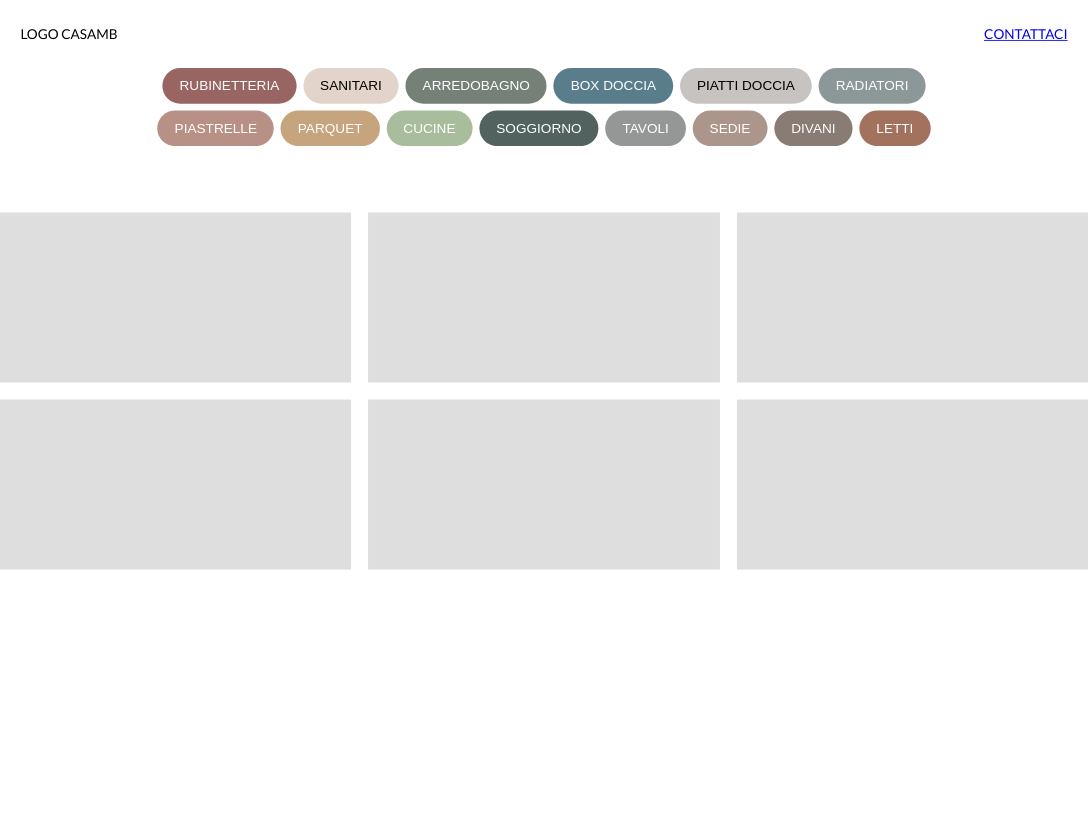
Repository: nicolorz/casamb
Page: /
These files come from the project's save history. The page is drawn as it stood at one moment and after the next save; the edit follows.
The browser window is 1280 px wide. The pictures show the whole page, at 85% of full size.
The project was rebuilt for these pictures with package versions that can differ from the ones it lists, and the page was loaded fresh each time. Also part of the build but not shown: src/index.css, src/App.css.

Above is the page before, as saved 2023-07-19 14:24:06.

### src/index.js
import React from 'react';
import ReactDOM from 'react-dom/client';
import './index.css';
import './assets/css/reset.css'
import './assets/css/style.css'
import App from './App';
import reportWebVitals from './reportWebVitals';

const root = ReactDOM.createRoot(document.getElementById('root'));
root.render(
  <React.StrictMode>
    <App />
  </React.StrictMode>
);

// If you want to start measuring performance in your app, pass a function
// to log results (for example: reportWebVitals(console.log))
// or send to an analytics endpoint. Learn more: https://bit.ly/CRA-vitals
reportWebVitals();

### src/assets/css/style.css
@import url('https://fonts.googleapis.com/css2?family=Lato:ital,wght@0,300;0,400;0,700;1,300;1,400;1,700&display=swap');

html, body {
  margin: 0;
  padding: 0;
  font-size: 16px;
  font-family: 'Lato', sans-serif;
}

.main-wrapper {
  width: 100vw;
  height: 100vh;
  background-color: #fff;
/*   display: flex;
  flex-flow: row nowrap; */
}

/* .sidebar {
  flex: 1;
  background-color: #f6f6f6;
  display: flex;
  flex-flow: column nowrap;
}

.card-wrapper {
  flex: 4;
  padding: 1rem;
  box-sizing: border-box;
  background-color: #EFF8FF;
  border: 1px solid #62A1FF;
  display: flex;
  flex-flow: row nowrap;
  align-items: flex-start;
  gap: 1rem;
}

.footer, .area-buttons {
  width: 100%;
  padding: 1rem;
  box-sizing: border-box;
  background-color: #EFF8FF;
  border: 1px solid #62A1FF;
}

.foooter {
  flex: 0 1 auto;
}

.area-buttons {
  flex: 1 0 auto;
}

.area-buttons {
  display: flex;
  flex-flow: column nowrap;
  gap: 0.5rem;
}

.area-buttons > button {
  align-self: flex-start;
}

.card {
  flex: 0 1 33%;
  padding: 1rem;
  background-color: #62A1FF;
  /* align-self: flex-start;
}

.card > img {
  width: 100%;
} */

### src/App.js
import logo from './logo.svg';
import './App.css';
import  {Header} from './components/HeaderWrapper/HeaderWrapper';
import { CardWrapper } from './components/CardWrapper/CardWrapper';

function App() {

  return (
    <div className="main-wrapper">
      <Header />
      <CardWrapper />
    </div>
  );
}

export default App;

### src/components/HeaderWrapper/HeaderWrapper.js
import './Header.css'
import { HeaderBottom } from './HeaderBottom'
import { HeaderTop } from './HeaderTop'

export const Header = () => {
    return <div className="header">
        <HeaderTop />
        <HeaderBottom />
    </div>
}

### src/components/CardWrapper/CardWrapper.js
import './CardWrapper.css'

export const CardWrapper = () => {
    return (
        <div className="card-wrapper">
            <div className="card-item"></div>
            <div className="card-item"></div>
            <div className="card-item"></div>
            <div className="card-item"></div>
            <div className="card-item"></div>
            <div className="card-item"></div>
        </div>
    )
};

### src/components/HeaderWrapper/Header.css
.header {
    width: 100%;
    padding: 0 24px;
    box-sizing: border-box;
    position: fixed;
    top: 0;
    left: 0;
}

.header-top {
    width: 100%;
    display: flex;
    flex-flow: row nowrap;
    justify-content: space-between;
    align-items: center;
}

.header-top_logo {
    padding: 2rem 0;
}

.header-bottom {
    width: 100%;
    display: flex;
    flex-flow: column nowrap;
    align-items: center;
}

.sorting-area {
    max-width: 996px;
    display: flex;
    flex-flow: row wrap;
    justify-content: center;
    gap: 0.5rem;
}

### src/components/HeaderWrapper/HeaderBottom.js
import { SortingBtn } from "../SortingBtn/Sortingbtn"

const sortingButtons = [
    {
        tag: 'rubinetteria',
        label: 'rubinetteria',
        backgroundColor: '#986562',
        color: true
    },
    {
        tag: 'sanitari',
        label: 'sanitari',
        backgroundColor: '#E2D4CB',
        color: false,
        textColor: '#000'
    },
    {
        tag: 'arredobagno',
        label: 'arredobagno',
        backgroundColor: '#758177',
        color: true
    },
    {
        tag: 'boxdoccia',
        label: 'box doccia',
        backgroundColor: '#5A7D8B',
        color: true
    },
    {
        tag: 'piattidoccia',
        label: 'piatti doccia',
        backgroundColor: '#C7C3C0',
        color: false,
        textColor: '#000'
    },
    {
        tag: 'radiatori',
        label: 'radiatori',
        backgroundColor: '#8C9898',
        color: true
    },
    {
        tag: 'piastrelle',
        label: 'piastrelle',
        backgroundColor: '#B89086',
        color: true
    },
    {
        tag: 'parquet',
        label: 'parquet',
        backgroundColor: '#C6A47E',
        color: true
    },
    {
        tag: 'cucine',
        label: 'cucine',
        backgroundColor: '#A8BD9B',
        color: true
    },
    {
        tag: 'soggiorno',
        label: 'soggiorno',
        backgroundColor: '#52625F',
        color: true
    },
    {
        tag: 'tavoli',
        label: 'tavoli',
        backgroundColor: '#959796',
        color: true
    },
    {
        tag: 'sedie',
        label: 'sedie',
        backgroundColor: '#AC968B',
        color: true
    },
    {
        tag: 'divani',
        label: 'divani',
        backgroundColor: '#897C74',
        color: true
    },
    {
        tag: 'letti',
        label: 'letti',
        backgroundColor: '#A2725E',
        color: true
    },
];

export const HeaderBottom = () => {
    return (
        <div className="header-bottom">
            <div className="sorting-area">
                {sortingButtons.map((el) => {
                    return (
                        <SortingBtn key={el.tag} button={el} />
                    )
                })}
            </div>
        </div>
    )
}

### src/components/HeaderWrapper/HeaderTop.js
export const HeaderTop = () => {
    return <div className="header-top">
        <div className="header-top_logo">LOGO CASAMB</div>
        <a href="*" target="_self">CONTATTACI</a>
    </div>
}

### src/components/CardWrapper/CardWrapper.css
.card-wrapper {
    width: 100%;
    margin-top: 250px;
    display: grid;
    grid-template-columns: repeat(3, 1fr);
    gap: 20px;
}

.card-item {
    width: 100%;
    height: 200px;
    background-color: #dedede;
}

### src/components/SortingBtn/Sortingbtn.js
import './Sortingbtn.css'

export const SortingBtn = ({button}) => {
    return <button
        className="sorting-btn"
        style={{
            backgroundColor: button.backgroundColor,
            color: button.color ? '#fff' : button.textColor
        }}
        >
            {button.label.toUpperCase()}
        </button>
};

### src/components/SortingBtn/Sortingbtn.css
.sorting-btn {
    background-color: #62A1FF;
    color: #fff;
    padding: 12px 20px;
    border: none;
    border-radius: 50px;
    -webkit-border-radius: 50px;
    -moz-border-radius: 50px;
    -ms-border-radius: 50px;
    -o-border-radius: 50px;
    font-size: 16px;
    cursor: pointer;
    transition: all 0.3s;
    -webkit-transition: all 0.3s;
    -moz-transition: all 0.3s;
    -ms-transition: all 0.3s;
    -o-transition: all 0.3s;
}

.sorting-btn:hover {
    background-color: #4B84DA;
}

Loaded but not shown: public/index.html (common file); src/assets/css/reset.css (common file); src/reportWebVitals.js (common file)

After the next save:
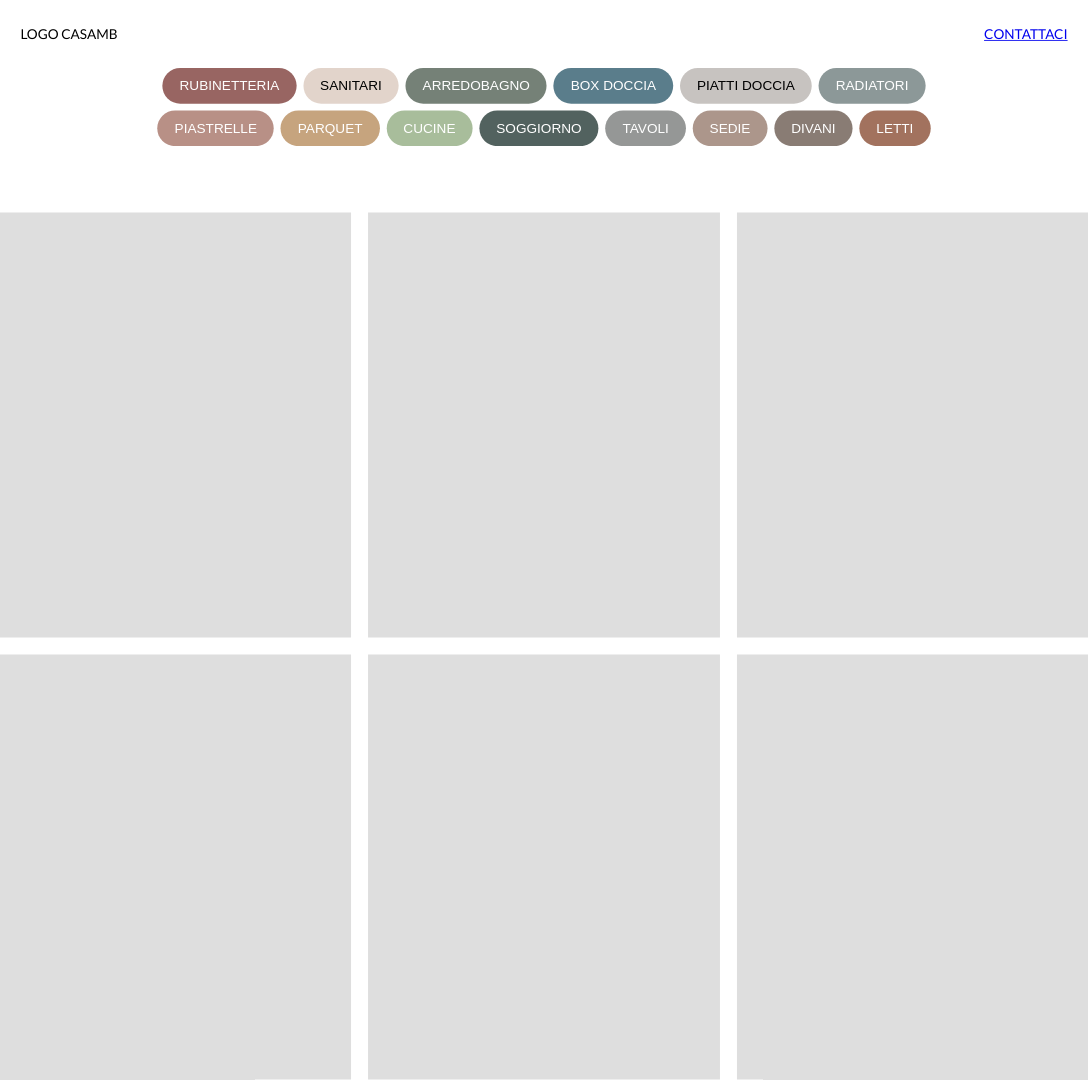
Saved 12 s later.
--- a/src/components/CardWrapper/CardWrapper.css
+++ b/src/components/CardWrapper/CardWrapper.css
@@ -8,6 +8,6 @@
 
 .card-item {
     width: 100%;
-    height: 200px;
+    height: 500px;
     background-color: #dedede;
 }
